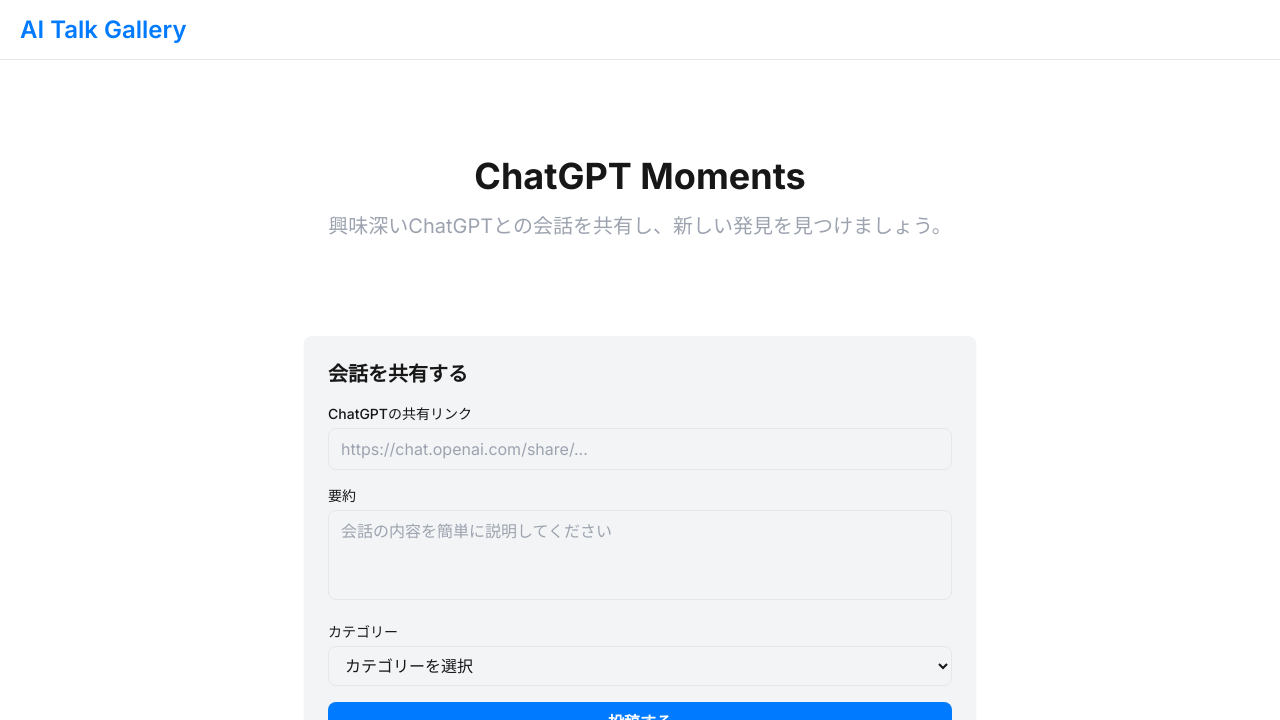
Repository: hayakawa1/ai-talk-gallery
Page: /
These files come from the project's save history. The page is drawn as it stood at one moment and after the next save; the edit follows.
The browser window is 1280 px wide. The pictures show the whole page.
An inner scrolling area shows only its first screen. The project was rebuilt for these pictures with package versions that can differ from the ones it lists, and the page was loaded fresh each time. The framework's server and built-in components were replaced by stand-ins that run in the browser. Also part of the build but not shown: next.config.ts.

Above is the page before, as saved 2024-12-16 23:12:42.

### src/app/layout.tsx
import './globals.css'
import type { Metadata } from 'next'
import { Inter } from 'next/font/google'

const inter = Inter({
  subsets: ['latin'],
  display: 'swap',
})

export const metadata: Metadata = {
  title: 'AI Talk Gallery',
  description: 'AI Talk Gallery',
}

export default function RootLayout({
  children,
}: {
  children: React.ReactNode
}) {
  return (
    <html lang="ja" className="dark">
      <body className={inter.className}>
        <div id="root" className="w-full h-full">
          <div className="flex flex-col h-full w-full bg-bolt-elements-background-depth-1">
            <header className="flex select-none items-center bg-bolt-elements-background-depth-1 pl-5 pr-4 border-b h-[60px] border-zinc-800">
              <div className="flex grow-1 basis-60 items-center gap-2 z-10">
                <a href="/" className="text-2xl font-semibold text-accent flex items-center">
                  AI Talk Gallery
                </a>
              </div>
              <div className="flex-1 select-text px-4 text-sm text-center">
              </div>
            </header>
            <main className="flex-1 overflow-auto">
              {children}
            </main>
          </div>
        </div>
      </body>
    </html>
  )
}

### src/app/page.tsx
import { PostForm } from "@/components/post-form"

export default function Home() {
  return (
    <div className="max-w-7xl mx-auto px-4 sm:px-6 lg:px-8 py-8">
      {/* ヒーローセクション */}
      <div className="text-center py-16">
        <h1 className="text-4xl font-bold mb-4">ChatGPT Moments</h1>
        <p className="text-xl text-gray-400 mb-8">
          興味深いChatGPTとの会話を共有し、新しい発見を見つけましょう。
        </p>
      </div>

      {/* 投稿フォームセクション */}
      <section className="mb-16 max-w-2xl mx-auto">
        <div className="bg-card rounded-lg p-6 shadow-sm">
          <h2 className="text-xl font-semibold mb-4">会話を共有する</h2>
          <PostForm />
        </div>
      </section>

      {/* 注目の会話セクション */}
      <section className="mb-16">
        <div className="flex justify-between items-center mb-6">
          <h2 className="text-2xl font-bold">注目の会話</h2>
          <a href="#" className="text-accent hover:underline flex items-center gap-1">
            人気上位
            <svg className="w-4 h-4" fill="none" stroke="currentColor" viewBox="0 0 24 24">
              <path strokeLinecap="round" strokeLinejoin="round" strokeWidth={2} d="M9 5l7 7-7 7" />
            </svg>
          </a>
        </div>

        <div className="grid grid-cols-1 md:grid-cols-2 lg:grid-cols-3 gap-6">
          {/* 会話カード */}
          {[1, 2, 3].map((i) => (
            <div key={i} className="bg-card rounded-lg p-6 hover:bg-card-hover transition shadow-sm">
              <h3 className="text-lg font-semibold mb-2">プログラミング初心者への助言</h3>
              <p className="text-gray-400 mb-4 text-sm">
                プログラミング学習を始める人へのアドバイスをまとめました。
              </p>
              <div className="flex justify-between text-sm text-gray-500">
                <span>閲覧数: 2,987</span>
                <div className="flex items-center gap-4">
                  <span className="flex items-center gap-1">
                    <svg className="w-4 h-4 text-red-500" fill="currentColor" viewBox="0 0 24 24">
                      <path d="M12 21.35l-1.45-1.32C5.4 15.36 2 12.28 2 8.5 2 5.42 4.42 3 7.5 3c1.74 0 3.41.81 4.5 2.09C13.09 3.81 14.76 3 16.5 3 19.58 3 22 5.42 22 8.5c0 3.78-3.4 6.86-8.55 11.54L12 21.35z"/>
                    </svg>
                    156
                  </span>
                  <span className="flex items-center gap-1">
                    <svg className="w-4 h-4" fill="none" stroke="currentColor" viewBox="0 0 24 24">
                      <path strokeLinecap="round" strokeLinejoin="round" strokeWidth={2} d="M8 12h.01M12 12h.01M16 12h.01M21 12c0 4.418-4.03 8-9 8a9.863 9.863 0 01-4.255-.949L3 20l1.395-3.72C3.512 15.042 3 13.574 3 12c0-4.418 4.03-8 9-8s9 3.582 9 8z" />
                    </svg>
                    23
                  </span>
                </div>
              </div>
            </div>
          ))}
        </div>
      </section>

      {/* カテゴリーセクション */}
      <section>
        <h2 className="text-2xl font-bold mb-6">カテゴリー</h2>
        <div className="grid grid-cols-2 md:grid-cols-3 lg:grid-cols-5 gap-4">
          {[
            { name: '雑談', icon: '💭' },
            { name: '学問', icon: '📚' },
            { name: 'プロンプト', icon: '⚡' },
            { name: '創作', icon: '✨' },
            { name: '実用', icon: '🔧' },
          ].map((category) => (
            <a
              key={category.name}
              href="#"
              className="flex flex-col items-center justify-center p-6 bg-card rounded-lg hover:bg-card-hover transition shadow-sm text-center"
            >
              <span className="text-2xl mb-2">{category.icon}</span>
              <span className="text-sm">{category.name}</span>
            </a>
          ))}
        </div>
      </section>
    </div>
  )
}

### src/app/globals.css
@tailwind base;
@tailwind components;
@tailwind utilities;

:root {
  --header-height: 60px;
}

html {
  @apply h-full;
}

body {
  @apply h-full bg-white text-bolt-elements-textPrimary;
}

#root {
  @apply h-full w-full;
}

### src/components/post-form.tsx
"use client"

import { useForm } from "react-hook-form"
import { zodResolver } from "@hookform/resolvers/zod"
import { postSchema, type PostInput } from "@/lib/schemas"

const categories = ["雑談", "学問", "プロンプト", "創作", "実用"] as const

export function PostForm() {
  const {
    register,
    handleSubmit,
    formState: { errors, isSubmitting },
  } = useForm<PostInput>({
    resolver: zodResolver(postSchema),
  })

  const onSubmit = async (data: PostInput) => {
    try {
      // TODO: APIエンドポイントに投稿を送信
      console.log(data)
    } catch (error) {
      console.error(error)
    }
  }

  return (
    <form onSubmit={handleSubmit(onSubmit)} className="space-y-4">
      <div>
        <label htmlFor="url" className="block text-sm font-medium mb-1">
          ChatGPTの共有リンク
        </label>
        <input
          {...register("url")}
          type="url"
          id="url"
          placeholder="https://chat.openai.com/share/..."
          className="w-full px-3 py-2 bg-card rounded-lg border border-zinc-800 focus:outline-none focus:ring-2 focus:ring-accent"
        />
        {errors.url && (
          <p className="mt-1 text-sm text-red-500">{errors.url.message}</p>
        )}
      </div>

      <div>
        <label htmlFor="summary" className="block text-sm font-medium mb-1">
          要約
        </label>
        <textarea
          {...register("summary")}
          id="summary"
          rows={3}
          placeholder="会話の内容を簡単に説明してください"
          className="w-full px-3 py-2 bg-card rounded-lg border border-zinc-800 focus:outline-none focus:ring-2 focus:ring-accent resize-none"
        />
        {errors.summary && (
          <p className="mt-1 text-sm text-red-500">{errors.summary.message}</p>
        )}
      </div>

      <div>
        <label htmlFor="category" className="block text-sm font-medium mb-1">
          カテゴリー
        </label>
        <select
          {...register("category")}
          id="category"
          className="w-full px-3 py-2 bg-card rounded-lg border border-zinc-800 focus:outline-none focus:ring-2 focus:ring-accent"
        >
          <option value="">カテゴリーを選択</option>
          {categories.map((category) => (
            <option key={category} value={category}>
              {category}
            </option>
          ))}
        </select>
        {errors.category && (
          <p className="mt-1 text-sm text-red-500">{errors.category.message}</p>
        )}
      </div>

      <button
        type="submit"
        disabled={isSubmitting}
        className="w-full bg-accent hover:bg-accent/90 disabled:opacity-50 text-white font-bold py-2 px-4 rounded-lg"
      >
        {isSubmitting ? "投稿中..." : "投稿する"}
      </button>
    </form>
  )
}

### src/lib/schemas.ts
import { z } from "zod"

export const postSchema = z.object({
  url: z.string()
    .url("有効なURLを入力してください")
    .startsWith("https://chat.openai.com/share/", "ChatGPTの共有リンクを入力してください"),
  summary: z.string()
    .min(1, "要約を入力してください")
    .max(200, "要約は200文字以内で入力してください"),
  category: z.enum(["雑談", "学問", "プロンプト", "創作", "実用"], {
    required_error: "カテゴリーを選択してください",
  }),
})

export type PostInput = z.infer<typeof postSchema>

### tailwind.config.js
/** @type {import('tailwindcss').Config} */
module.exports = {
  darkMode: 'class',
  content: [
    './src/pages/**/*.{js,ts,jsx,tsx,mdx}',
    './src/components/**/*.{js,ts,jsx,tsx,mdx}',
    './src/app/**/*.{js,ts,jsx,tsx,mdx}',
  ],
  theme: {
    extend: {
      colors: {
        'bolt-elements-background-depth-1': '#FFFFFF',
        'bolt-elements-textPrimary': '#171717',
        accent: '#007AFF',
        'card': '#F3F4F6',
        'card-hover': '#E5E7EB',
      },
      borderColor: {
        'zinc-800': '#E5E7EB',
      },
      typography: {
        DEFAULT: {
          css: {
            maxWidth: 'none',
            color: '#171717',
            a: {
              color: '#007AFF',
              '&:hover': {
                color: '#0056b3',
              },
            },
          },
        },
      },
    },
  },
  plugins: [
    require('@tailwindcss/typography'),
  ],
}

### src/components/post-card.tsx
import Link from "next/link"

interface PostCardProps {
  id: number
  title: string
  summary: string
  views: number
  likes: number
  comments: number
  category: string
  date?: string
  rank?: number
  layout?: "grid" | "list"
}

export function PostCard({
  id,
  title,
  summary,
  views,
  likes,
  comments,
  category,
  date,
  rank,
  layout = "grid"
}: PostCardProps) {
  if (layout === "list") {
    return (
      <Link
        href={`/posts/${id}`}
        className="block bg-card rounded-lg p-6 hover:bg-card-hover transition shadow-sm"
      >
        <div className="flex items-start justify-between gap-4">
          <div className="flex-1">
            <h2 className="text-xl font-semibold mb-2">{title}</h2>
            <p className="text-gray-600 mb-4">{summary}</p>
            <div className="flex items-center gap-4 text-sm text-gray-500">
              {date && (
                <span className="flex items-center gap-1">
                  <svg className="w-4 h-4" fill="none" stroke="currentColor" viewBox="0 0 24 24">
                    <path strokeLinecap="round" strokeLinejoin="round" strokeWidth={2} d="M12 8v4l3 3m6-3a9 9 0 11-18 0 9 9 0 0118 0z" />
                  </svg>
                  {date}
                </span>
              )}
              <span className="flex items-center gap-1">
                <svg className="w-4 h-4" fill="none" stroke="currentColor" viewBox="0 0 24 24">
                  <path strokeLinecap="round" strokeLinejoin="round" strokeWidth={2} d="M15 12a3 3 0 11-6 0 3 3 0 016 0z" />
                  <path strokeLinecap="round" strokeLinejoin="round" strokeWidth={2} d="M2.458 12C3.732 7.943 7.523 5 12 5c4.478 0 8.268 2.943 9.542 7-1.274 4.057-5.064 7-9.542 7-4.477 0-8.268-2.943-9.542-7z" />
                </svg>
                {views.toLocaleString()}
              </span>
            </div>
          </div>
          <div className="flex flex-col items-end gap-2">
            {rank && <span className="text-2xl font-bold text-accent">{rank}位</span>}
            <div className="flex items-center gap-2">
              <span className="flex items-center gap-1 text-sm text-gray-500">
                <svg className="w-4 h-4 text-red-500" fill="currentColor" viewBox="0 0 24 24">
                  <path d="M12 21.35l-1.45-1.32C5.4 15.36 2 12.28 2 8.5 2 5.42 4.42 3 7.5 3c1.74 0 3.41.81 4.5 2.09C13.09 3.81 14.76 3 16.5 3 19.58 3 22 5.42 22 8.5c0 3.78-3.4 6.86-8.55 11.54L12 21.35z"/>
                </svg>
                {likes.toLocaleString()}
              </span>
            </div>
          </div>
        </div>
      </Link>
    )
  }

  return (
    <Link
      href={`/posts/${id}`}
      className="block bg-card rounded-lg p-6 hover:bg-card-hover transition shadow-sm h-full"
    >
      <h3 className="text-lg font-semibold mb-2">{title}</h3>
      <p className="text-gray-600 mb-4 text-sm">{summary}</p>
      <div className="flex justify-between text-sm text-gray-500">
        <span>閲覧数: {views.toLocaleString()}</span>
        <div className="flex items-center gap-4">
          <span className="flex items-center gap-1">
            <svg className="w-4 h-4 text-red-500" fill="currentColor" viewBox="0 0 24 24">
              <path d="M12 21.35l-1.45-1.32C5.4 15.36 2 12.28 2 8.5 2 5.42 4.42 3 7.5 3c1.74 0 3.41.81 4.5 2.09C13.09 3.81 14.76 3 16.5 3 19.58 3 22 5.42 22 8.5c0 3.78-3.4 6.86-8.55 11.54L12 21.35z"/>
            </svg>
            {likes.toLocaleString()}
          </span>
          <span className="flex items-center gap-1">
            <svg className="w-4 h-4" fill="none" stroke="currentColor" viewBox="0 0 24 24">
              <path strokeLinecap="round" strokeLinejoin="round" strokeWidth={2} d="M8 12h.01M12 12h.01M16 12h.01M21 12c0 4.418-4.03 8-9 8a9.863 9.863 0 01-4.255-.949L3 20l1.395-3.72C3.512 15.042 3 13.574 3 12c0-4.418 4.03-8 9-8s9 3.582 9 8z" />
            </svg>
            {comments.toLocaleString()}
          </span>
        </div>
      </div>
    </Link>
  )
}

After the next save:
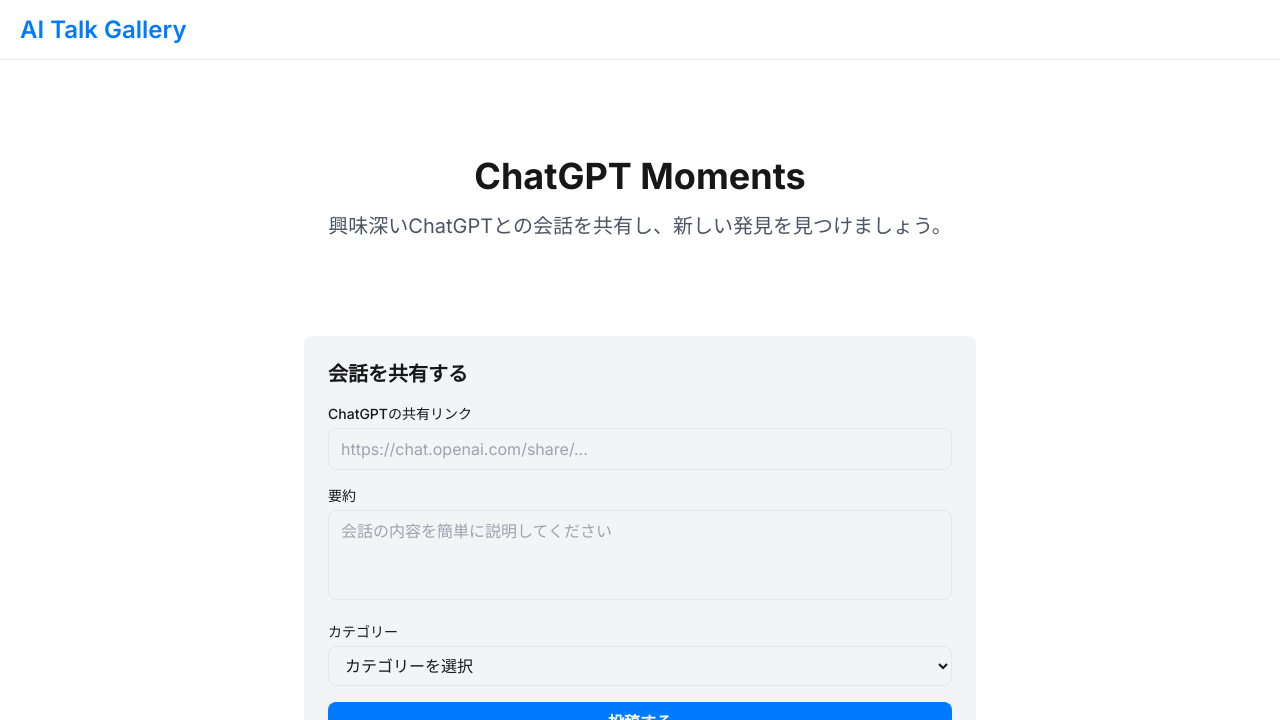
Saved 106 s later.
--- a/src/app/page.tsx
+++ b/src/app/page.tsx
@@ -1,4 +1,36 @@
+import Link from "next/link"
+import { PostCard } from "@/components/post-card"
 import { PostForm } from "@/components/post-form"
+
+const MOCK_POSTS = [
+  {
+    id: 1,
+    title: "プログラミング初心者への助言",
+    summary: "プログラミング学習を始める人へのアドバイスをまとめました。",
+    views: 2987,
+    likes: 156,
+    comments: 23,
+    category: "学問",
+  },
+  {
+    id: 2,
+    title: "AIと哲学についての対話",
+    summary: "意識や感情について、AIと深い議論を交わしました。",
+    views: 1856,
+    likes: 98,
+    comments: 15,
+    category: "雑談",
+  },
+  {
+    id: 3,
+    title: "効果的なプロンプトの書き方",
+    summary: "より良い回答を得るためのプロンプトエンジニアリングのコツ。",
+    views: 3421,
+    likes: 234,
+    comments: 45,
+    category: "プロンプト",
+  },
+]
 
 export default function Home() {
   return (
@@ -6,7 +38,7 @@
       {/* ヒーローセクション */}
       <div className="text-center py-16">
         <h1 className="text-4xl font-bold mb-4">ChatGPT Moments</h1>
-        <p className="text-xl text-gray-400 mb-8">
+        <p className="text-xl text-gray-600 mb-8">
           興味深いChatGPTとの会話を共有し、新しい発見を見つけましょう。
         </p>
       </div>
@@ -23,40 +55,17 @@
       <section className="mb-16">
         <div className="flex justify-between items-center mb-6">
           <h2 className="text-2xl font-bold">注目の会話</h2>
-          <a href="#" className="text-accent hover:underline flex items-center gap-1">
+          <Link href="/popular" className="text-accent hover:underline flex items-center gap-1">
             人気上位
             <svg className="w-4 h-4" fill="none" stroke="currentColor" viewBox="0 0 24 24">
               <path strokeLinecap="round" strokeLinejoin="round" strokeWidth={2} d="M9 5l7 7-7 7" />
             </svg>
-          </a>
+          </Link>
         </div>
 
         <div className="grid grid-cols-1 md:grid-cols-2 lg:grid-cols-3 gap-6">
-          {/* 会話カード */}
-          {[1, 2, 3].map((i) => (
-            <div key={i} className="bg-card rounded-lg p-6 hover:bg-card-hover transition shadow-sm">
-              <h3 className="text-lg font-semibold mb-2">プログラミング初心者への助言</h3>
-              <p className="text-gray-400 mb-4 text-sm">
-                プログラミング学習を始める人へのアドバイスをまとめました。
-              </p>
-              <div className="flex justify-between text-sm text-gray-500">
-                <span>閲覧数: 2,987</span>
-                <div className="flex items-center gap-4">
-                  <span className="flex items-center gap-1">
-                    <svg className="w-4 h-4 text-red-500" fill="currentColor" viewBox="0 0 24 24">
-                      <path d="M12 21.35l-1.45-1.32C5.4 15.36 2 12.28 2 8.5 2 5.42 4.42 3 7.5 3c1.74 0 3.41.81 4.5 2.09C13.09 3.81 14.76 3 16.5 3 19.58 3 22 5.42 22 8.5c0 3.78-3.4 6.86-8.55 11.54L12 21.35z"/>
-                    </svg>
-                    156
-                  </span>
-                  <span className="flex items-center gap-1">
-                    <svg className="w-4 h-4" fill="none" stroke="currentColor" viewBox="0 0 24 24">
-                      <path strokeLinecap="round" strokeLinejoin="round" strokeWidth={2} d="M8 12h.01M12 12h.01M16 12h.01M21 12c0 4.418-4.03 8-9 8a9.863 9.863 0 01-4.255-.949L3 20l1.395-3.72C3.512 15.042 3 13.574 3 12c0-4.418 4.03-8 9-8s9 3.582 9 8z" />
-                    </svg>
-                    23
-                  </span>
-                </div>
-              </div>
-            </div>
+          {MOCK_POSTS.map((post) => (
+            <PostCard key={post.id} {...post} />
           ))}
         </div>
       </section>
@@ -66,20 +75,20 @@
         <h2 className="text-2xl font-bold mb-6">カテゴリー</h2>
         <div className="grid grid-cols-2 md:grid-cols-3 lg:grid-cols-5 gap-4">
           {[
-            { name: '雑談', icon: '💭' },
-            { name: '学問', icon: '📚' },
-            { name: 'プロンプト', icon: '⚡' },
-            { name: '創作', icon: '✨' },
-            { name: '実用', icon: '🔧' },
+            { name: '雑談', icon: '💭', href: '/categories/雑談' },
+            { name: '学問', icon: '📚', href: '/categories/学問' },
+            { name: 'プロンプト', icon: '⚡', href: '/categories/プロンプト' },
+            { name: '創作', icon: '✨', href: '/categories/創作' },
+            { name: '実用', icon: '🔧', href: '/categories/実用' },
           ].map((category) => (
-            <a
+            <Link
               key={category.name}
-              href="#"
+              href={category.href}
               className="flex flex-col items-center justify-center p-6 bg-card rounded-lg hover:bg-card-hover transition shadow-sm text-center"
             >
               <span className="text-2xl mb-2">{category.icon}</span>
               <span className="text-sm">{category.name}</span>
-            </a>
+            </Link>
           ))}
         </div>
       </section>
